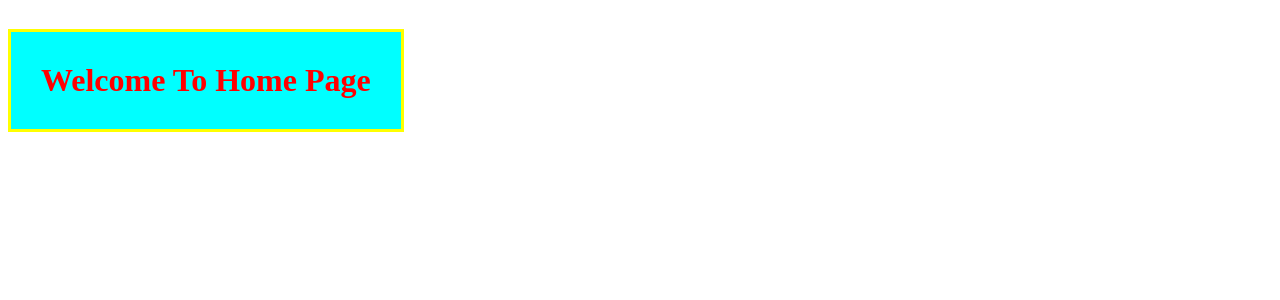
Repository: Raviteja6671/Django
Page: http://localhost/home/
These files come from the project's save history. The page is drawn as it stood at one moment and after a run of saves; the edit follows.
The browser window is 1280 px wide. The pictures show the whole page.
The page is served by the project's application, run on Django 5.2 (myProject/manage.py).

Above is the page before, as saved 2025-12-07 20:01:49.

After the next 2 saves:
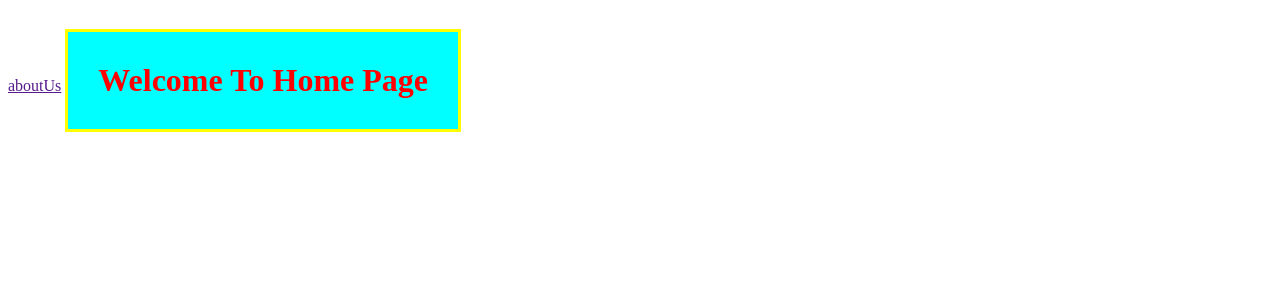
The 2 saves are shown as one change because they came seconds apart.
The last was saved 7 s later.
--- a/myProject/basic/templates/home.html
+++ b/myProject/basic/templates/home.html
@@ -21,7 +21,7 @@
 
 </head>
 <body>
-    <a href=""></a>
+    <a href="">aboutUs</a>
     <h1>Welcome To Home Page</h1>
 </body>
 </html>
